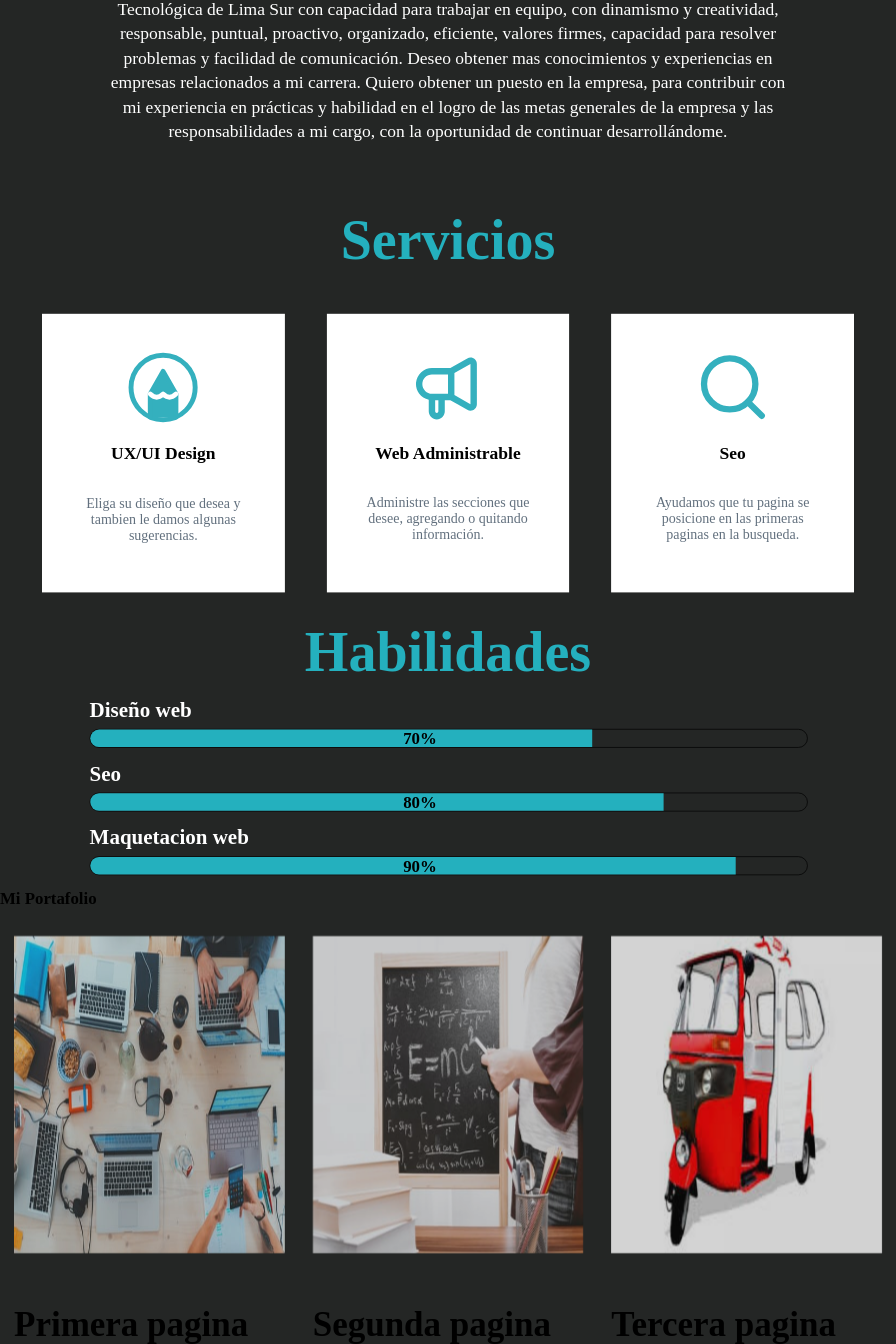
Repository: RobertAries28/PortafolioRobertEscalanteGomez2022
Page: index.html
An editor plug-in stored every save of this project. The page is shown before and after the next save, followed by the edit.
The browser window is 1280 px wide. The pictures show the part of the page from y = 876 to 2796 px (the page is 2796 px tall before and 2495 px after), at 70% of full size.

Above is the page before, as saved 2022-02-15 19:45:25.

After the next save:
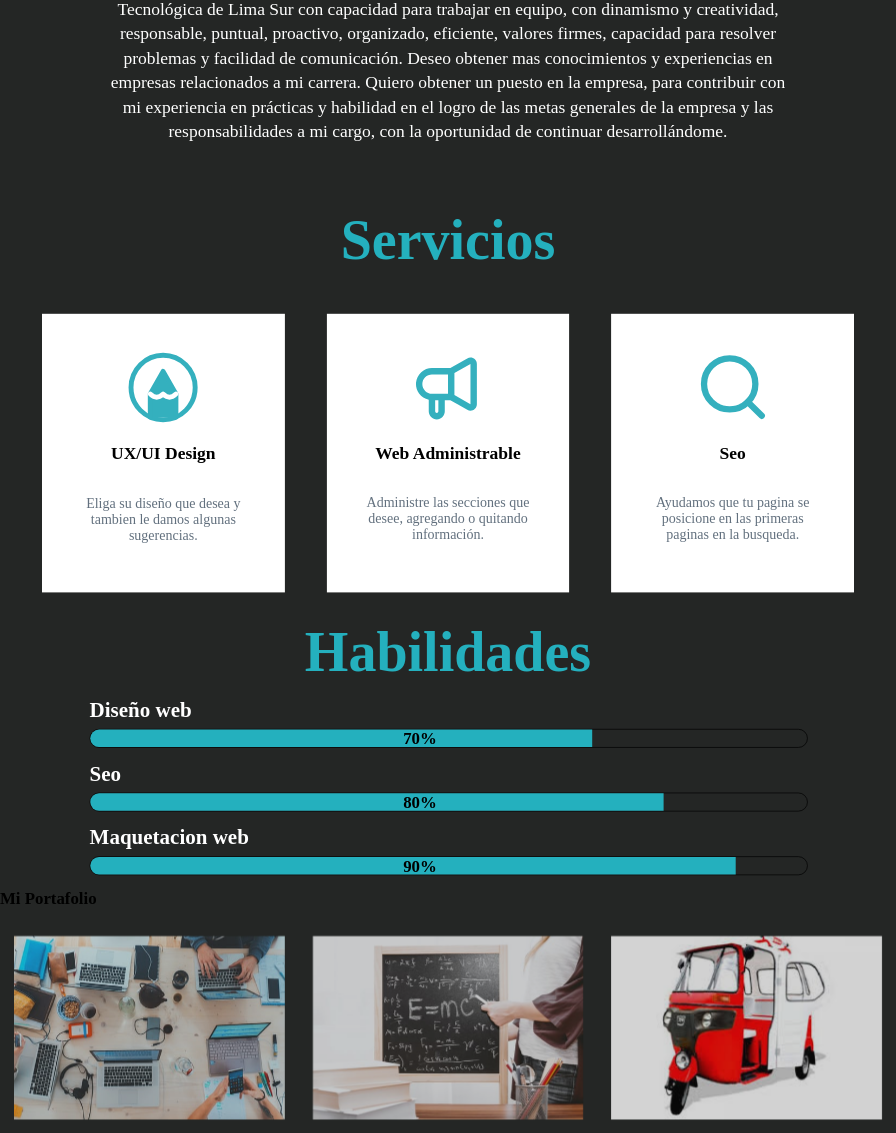
Saved 37 s later.
--- a/index.html
+++ b/index.html
@@ -166,17 +166,17 @@
       <div class="portafolio">
         <div>
            <a href="https://robertaries28.github.io/Desarrollar-Paginas-Web/"><img src="imagenes/pagina-web1.jpg" alt=""></a>
-           <h4>Primera pagina</h4>
+
         </div>
 
         <div>
             <a href="https://robertaries28.github.io/MatematicasMaster/"><img src="imagenes/matematicas.jpg" alt=""></a>
-            <h4>Segunda pagina</h4>
+
           </div>
 
         <div>
             <a href="https://robertaries28.github.io/ServicioTransporteMototaxisV.E.S/"><img src="imagenes/mototaxis.jpg" alt=""></a>
-            <h4>Tercera pagina</h4>
+
           </div>
 
       </div>
--- a/estilos.css
+++ b/estilos.css
@@ -353,9 +353,7 @@
 
  }
 
- .portafolio h4{
-     font-size: 50px;
- }
+
 
  .portafolio div{
      width: 100%;
